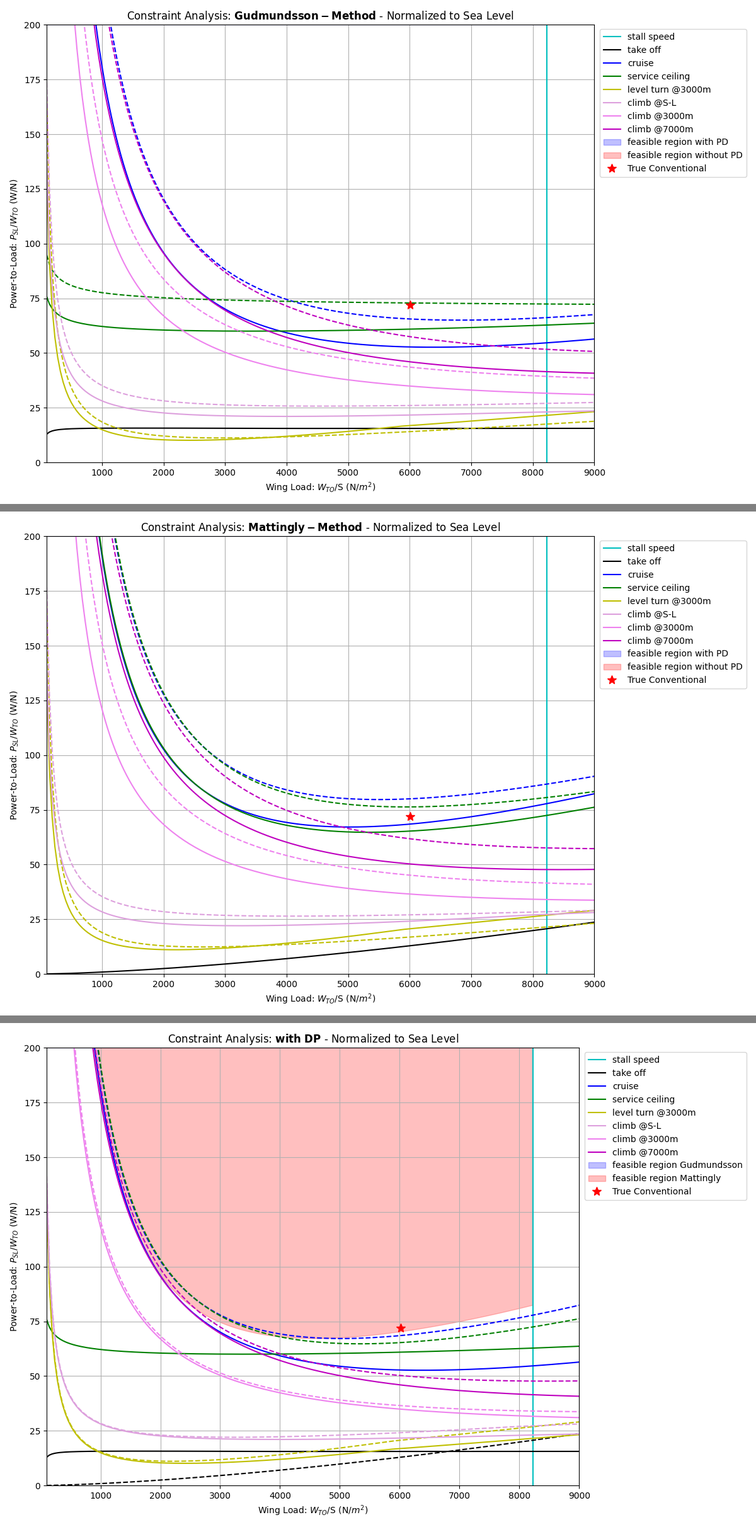
Repository: 12libao/DEA
Script's output: python Sizing_Method/ConstrainsAnalysis/ConstrainsAnalysisPD.py
The author's editor kept a copy of each file at every save. The script's output is drawn from the files as they stood at one save, then again after a run of saves.
The pictures are shown at 63% of full size.
Each picture stacks the figures in order, with grey between them; figures that are only written to a file come last. Random numbers start from a fixed seed.

Above is the script's output before, as saved 2021-07-14 16:27:36.

### Sizing_Method/ConstrainsAnalysis/ConstrainsAnalysisPD.py
# author: Bao Li #
# Georgia Institute of Technology #
import sys
import os

sys.path.insert(0, os.getcwd())

import numpy as np
import matplotlib.pylab as plt
import Sizing_Method.Other.US_Standard_Atmosphere_1976 as atm
import Sizing_Method.Aerodynamics.ThrustLapse as thrust_lapse
import Sizing_Method.Aerodynamics.Aerodynamics as ad
import Sizing_Method.ConstrainsAnalysis.ConstrainsAnalysis as ca
from scipy.optimize import curve_fit

"""
The unit use is IS standard
"""
class ConstrainsAnalysis_Mattingly_Method_with_DP:
    """This is a power-based master constraints analysis"""

    def __init__(self, altitude, velocity, beta, wing_load, Hp=0.2, number_of_motor=12, C_DR=0):
        """

        :param beta: weight fraction
        :param Hp: P_motor/P_total
        :param n: number of motor
        :param K1: drag polar coefficient for 2nd order term
        :param K2: drag polar coefficient for 1st order term
        :param C_D0: the drag coefficient at zero lift
        :param C_DR: additional drag caused, for example, by external stores,
        braking parachutes or flaps, or temporary external hardware

        :return:
            power load: P_WTO
        """

        self.h = altitude
        self.v = velocity
        self.rho = atm.atmosphere(geometric_altitude=self.h).density()

        self.beta = beta
        self.hp = Hp
        self.n = number_of_motor

        # power lapse ratio
        self.alpha = thrust_lapse.thrust_lapse_calculation(altitude=self.h,
                                                           velocity=self.v).high_bypass_ratio_turbofan()

        self.k1 = ad.aerodynamics_without_pd(self.h, self.v).K1()
        self.k2 = ad.aerodynamics_without_pd(self.h, self.v).K2()
        self.cd0 = ad.aerodynamics_without_pd(self.h, self.v).CD_0()
        self.cdr = C_DR

        self.w_s = wing_load
        self.g0 = 9.80665

        self.coefficient = (1 - self.hp) * self.beta * self.v / self.alpha

        # Estimation of ΔCL and ΔCD
        pd = ad.aerodynamics_with_pd(self.h, self.v, Hp=self.hp, n=self.n, W_S=self.w_s)
        self.q = 0.5 * self.rho * self.v ** 2
        self.cl = self.beta * self.w_s / self.q
        # print(self.cl)
        self.delta_cl = pd.delta_lift_coefficient(self.cl)
        self.delta_cd0 = pd.delta_CD_0()

    def master_equation(self, n, dh_dt, dV_dt):
        cl = self.cl * n + self.delta_cl

        cd = self.k1 * cl ** 2 + self.k2 * cl + self.cd0 + self.cdr + self.delta_cd0
        p_w = self.coefficient * (self.q / (self.beta * self.w_s) * cd + dh_dt / self.v + dV_dt / self.g0)
        return p_w

    def cruise(self):
        p_w = ConstrainsAnalysis_Mattingly_Method_with_DP.master_equation(self, n=1, dh_dt=0, dV_dt=0)
        return p_w

    def climb(self, roc):
        p_w = ConstrainsAnalysis_Mattingly_Method_with_DP.master_equation(self, n=1, dh_dt=roc, dV_dt=0)
        return p_w

    def level_turn(self, turn_rate=3, v=100):
        """
        assume 2 min for 360 degree turn, which is 3 degree/seconds
        assume turn at 300 knots, which is about 150 m/s
        """
        load_factor = (1 + ((turn_rate * np.pi / 180) * v / self.g0) ** 2) ** 0.5
        p_w = ConstrainsAnalysis_Mattingly_Method_with_DP.master_equation(self, n=load_factor, dh_dt=0, dV_dt=0)
        return p_w

    def take_off(self):
        """
        A320neo take-off speed is about 150 knots, which is about 75 m/s
        required runway length is about 2000 m
        K_TO is a constant greater than one set to 1.2 (generally specified by appropriate flying regulations)
        """
        Cl_max_to = 2.3  # 2.3
        K_TO = 1.2  # V_TO / V_stall
        s_G = 1266
        p_w = 2 / 3 * self.coefficient / self.v * self.beta * K_TO ** 2 / (
                    s_G * self.rho * self.g0 * Cl_max_to) * self.w_s ** (
                      3 / 2)
        return p_w

    def stall_speed(self, V_stall_to=65, Cl_max_to=2.32):
        V_stall_ld = 62
        Cl_max_ld = 2.87

        a = 10
        w_s = 6000
        while a >= 1:
            cl = self.beta * w_s / self.q
            delta_cl = ad.aerodynamics_with_pd(self.h, self.v, Hp=self.hp, n=self.n, W_S=w_s).delta_lift_coefficient(cl)

            W_S_1 = 1 / 2 * self.rho * V_stall_to ** 2 * (Cl_max_to + delta_cl)
            W_S_2 = 1 / 2 * self.rho * V_stall_ld ** 2 * (Cl_max_ld + delta_cl)
            W_S = min(W_S_1, W_S_2)
            a = abs(w_s-W_S)
            w_s = W_S

        return W_S

    def service_ceiling(self, roc=0.5):
        p_w = ConstrainsAnalysis_Mattingly_Method_with_DP.master_equation(self, n=1, dh_dt=roc, dV_dt=0)
        return p_w

    allFuncs = [stall_speed, take_off,  cruise,
                service_ceiling, level_turn, climb]


class ConstrainsAnalysis_Gudmundsson_Method_with_DP:
    """This is a power-based master constraints analysis based on Gudmundsson_method"""

    def __init__(self, altitude, velocity, beta, wing_load, Hp=0.2, number_of_motor=12, e=0.75, AR=10.3):
        """

        :param tau: power fraction of i_th power path
        :param beta: weight fraction
        :param e: wing planform efficiency factor is between 0.75 and 0.85, no more than 1
        :param AR: wing aspect ratio, normally between 7 and 10

        :return:
            power load: P_WTO
        """

        self.h = altitude
        self.v = velocity
        self.beta = beta
        self.w_s = wing_load
        self.g0 = 9.80665

        self.hp = Hp
        self.n = number_of_motor

        self.rho = atm.atmosphere(geometric_altitude=self.h).density()

        # power lapse ratio
        self.alpha = thrust_lapse.thrust_lapse_calculation(altitude=self.h,
                                                           velocity=self.v).high_bypass_ratio_turbofan()
        h = 2.43  # height of winglets
        b = 35.8
        ar_corr = AR * (1 + 1.9 * h / b)  # equation 9-88, If the wing has winglets the aspect ratio should be corrected
        self.k = 1 / (np.pi * ar_corr * e)
        self.coefficient = (1-self.hp) * self.beta * self.v / self.alpha

        # Estimation of ΔCL and ΔCD
        pd = ad.aerodynamics_with_pd(self.h, self.v, Hp=self.hp, n=self.n, W_S=self.w_s)
        self.q = 0.5 * self.rho * self.v ** 2
        cl = self.beta * self.w_s / self.q
        self.delta_cl = pd.delta_lift_coefficient(cl)
        self.delta_cd0 = pd.delta_CD_0()

        # TABLE 3-1 Typical Aerodynamic Characteristics of Selected Classes of Aircraft
        cd_min = 0.02
        cd_to = 0.03
        cl_to = 0.8

        self.v_to = 68
        self.s_g = 1480
        self.mu = 0.04

        self.cd_min = cd_min + self.delta_cd0
        self.cl = cl + self.delta_cl

        self.cd_to = cd_to + self.delta_cd0
        self.cl_to = cl_to + self.delta_cl

    def cruise(self):
        p_w = self.q / self.w_s * (self.cd_min + self.k * self.cl ** 2)
        return p_w * self.coefficient

    def climb(self, roc):
        p_w = roc / self.v + self.q * self.cd_min / self.w_s + self.k * self.cl
        return p_w * self.coefficient

    def level_turn(self, turn_rate=3, v=100):
        """
        assume 2 min for 360 degree turn, which is 3 degree/seconds
        assume turn at 100 m/s
        """
        load_factor = (1 + ((turn_rate * np.pi / 180) * v / self.g0) ** 2) ** 0.5
        q = 0.5 * self.rho * v ** 2
        p_w = q / self.w_s * (self.cd_min + self.k * (load_factor / q * self.w_s + self.delta_cl) ** 2)
        return p_w * self.coefficient

    def take_off(self):
        q = self.q / 2
        p_w = self.v_to ** 2 / (2 * self.g0 * self.s_g) + q * self.cd_to / self.w_s + self.mu * (
                1 - q * self.cl_to / self.w_s)
        return p_w * self.coefficient

    def service_ceiling(self, roc=0.5):
        vy = (2 / self.rho * self.w_s * (self.k / (3 * self.cd_min)) ** 0.5) ** 0.5
        q = 0.5 * self.rho * vy ** 2
        p_w = roc / vy + q / self.w_s * (self.cd_min + self.k * (self.w_s / q + self.delta_cl) ** 2)
        # p_w = roc / (2 / self.rho * self.w_s * (self.k / (3 * self.cd_min)) ** 0.5) ** 0.5 + 4 * (
        #         self.k * self.cd_min / 3) ** 0.5
        return p_w * self.coefficient

    def stall_speed(self, V_stall_to=65, Cl_max_to=2.32):
        V_stall_ld = 62
        Cl_max_ld = 2.87

        a = 10
        w_s = 6000
        while a >= 1:
            cl = self.beta * w_s / self.q
            delta_cl = ad.aerodynamics_with_pd(
                self.h, self.v, Hp=self.hp, n=self.n, W_S=w_s).delta_lift_coefficient(cl)

            W_S_1 = 1 / 2 * self.rho * V_stall_to ** 2 * (Cl_max_to + delta_cl)
            W_S_2 = 1 / 2 * self.rho * V_stall_ld ** 2 * (Cl_max_ld + delta_cl)
            W_S = min(W_S_1, W_S_2)
            a = abs(w_s-W_S)
            w_s = W_S

        return W_S

    allFuncs = [stall_speed, take_off, cruise,
                service_ceiling, level_turn, climb]


if __name__ == "__main__":
    n = 200
    constrains_name = ['stall speed', 'take off',  'cruise', 'service ceiling', 'level turn @3000m',
                       'climb @S-L', 'climb @3000m', 'climb @7000m']
    constrains = np.array([[0, 68, 0.988], [0, 80, 1], [11300, 230, 0.948],
                           [11900, 230, 0.8], [3000, 100, 0.984], [0, 100, 0.984],
                           [3000, 200, 0.975], [7000, 230, 0.96]])
    color = ['c', 'k', 'b', 'g', 'y', 'plum', 'violet', 'm']
    label = ['feasible region with PD', 'feasible region with PD', 'feasible region Gudmundsson',
             'feasible region without PD', 'feasible region without PD', 'feasible region Mattingly']
    m = constrains.shape[0]

    for k in range(3):
        w_s = np.linspace(100, 9000, n)
        p_w = np.zeros([2 * m, n])
        plt.figure(figsize=(12, 8))
        for i in range(m):
            for j in range(n):
                h = constrains[i, 0]
                v = constrains[i, 1]
                beta = constrains[i, 2]

                if k == 0:
                    problem1 = ConstrainsAnalysis_Gudmundsson_Method_with_DP(h, v, beta, w_s[j])
                    problem2 = ca.ConstrainsAnalysis_Gudmundsson_Method(h, v, beta, w_s[j])
                    plt.title(r'Constraint Analysis: $\bf{Gudmundsson-Method}$ - Normalized to Sea Level')
                elif k == 1:
                    problem1 = ConstrainsAnalysis_Mattingly_Method_with_DP(h, v, beta, w_s[j])
                    problem2 = ca.ConstrainsAnalysis_Mattingly_Method(h, v, beta, w_s[j])
                    plt.title(r'Constraint Analysis: $\bf{Mattingly-Method}$ - Normalized to Sea Level')
                else:
                    problem1 = ConstrainsAnalysis_Gudmundsson_Method_with_DP(h, v, beta, w_s[j])
                    problem2 = ConstrainsAnalysis_Mattingly_Method_with_DP(h, v, beta, w_s[j])
                    plt.title(r'Constraint Analysis: $\bf{with}$ $\bf{DP}$ - Normalized to Sea Level')

                if i >= 5:
                    p_w[i, j] = problem1.allFuncs[-1](problem1, roc=15 - 5 * (i - 5))
                    p_w[i + m, j] = problem2.allFuncs[-1](problem2, roc=15 - 5 * (i - 5))
                else:
                    p_w[i, j] = problem1.allFuncs[i](problem1)
                    p_w[i + m, j] = problem2.allFuncs[i](problem2)

            if i == 0:
                l1a, = plt.plot(p_w[i, :], np.linspace(0, 250, n), color=color[i], label=constrains_name[i])
            elif i == m:
                l1b, = plt.plot(p_w[i + m, :], np.linspace(0, 250, n), color=color[i], linestyle='--')
                if k != 2:
                    l1 = plt.legend([l1a, l1b], ['with DP', 'without DP'], loc="upper right")
                else:
                    l1 = plt.legend([l1a, l1b], ['Gudmundsson method', 'Mattingly method'], loc="upper right")
            else:
                plt.plot(w_s, p_w[i, :], color=color[i], label=constrains_name[i])
                plt.plot(w_s, p_w[i + m, :], color=color[i], linestyle='--')

        w_s = np.linspace(100, p_w[0, 1], n)
        plt.fill_between(w_s, np.amax(p_w[0:m, :], axis=0), 200, color='b', alpha=0.25,
                         label=label[k])
        w_s = np.linspace(100, p_w[m, 1], n)
        plt.fill_between(w_s, np.amax(p_w[m+1:2 * m, :], axis=0), 200, color='r', alpha=0.25,
                         label=label[k + 3])
        plt.plot(6012, 72, 'r*', markersize=10, label='True Conventional')
        plt.xlabel('Wing Load: $W_{TO}$/S (N/${m^2}$)')
        plt.ylabel('Power-to-Load: $P_{SL}$/$W_{TO}$ (W/N)')
        plt.legend(bbox_to_anchor=(1.002, 1), loc="upper left")
        # plt.gca().add_artist(l1)
        plt.xlim(100, 9000)
        plt.ylim(0, 200)
        plt.tight_layout()
        plt.grid()
        plt.show()

### Sizing_Method/Other/US_Standard_Atmosphere_1976.py
# author: Bao Li #
# Georgia Institute of Technology #
"""Reference:

1: U.S. Standard Atmosphere, 1976, U.S. Government Printing Office, Washington, D.C., 1976.
2: Mattingly, Jack D., William H. Heiser, and David T. Pratt. Aircraft engine design. American Institute of Aeronautics and Astronautics, 2002.
3: https://en.wikipedia.org/wiki/U.S._Standard_Atmosphere
4: https://en.wikipedia.org/wiki/Barometric_formula
"""

import numpy as np
import matplotlib.pylab as plt


class atmosphere:
    """this is the U.S. Standard Atmosphere 1976 based on the Barometric formula

    1: All of the following is limited to geometric altitudes below 86 km
    2: SI Units
    """

    def __init__(self, geometric_altitude):
        """
        :input h (m): geometric altitude

        :output P (Pa = N/m^2): pressure
                T (K): temperature
                rho (kg/m^3): density
                a (m/s): sound speed

                delta: dimensionless static pressure = P/P0
                theta: dimensionless static temperature = T/T0
                sigma: dimensionless static density = rho/rho0
        """

        # input:
        self.h = geometric_altitude

        # constant:
        self.r0 = 6356577.0  # the earth's radius (m)
        self.R_star = 8.3144598  # universal gas constant (J/mol.K)
        self.g0 = 9.80665  # gravitational acceleration (m/s^2)
        self.M = 0.0289644  # molar mass of Earth's air (kg/mol)

        # sea level (standard)
        self.T0 = 288.15  # sea level temperature (K)
        self.P0 = 101325  # sea level pressure (N/m^2)
        self.rho0 = 1.225  # sea level density (kg/m^3)
        self.a0 = 340.3  # sea level sound speed (m/s)

        # temperature lapse rate (K/m)
        self.lapse_rate = np.array([-0.0065, 0.0, 0.001, 0.0028, 0.0, -0.0028, -0.002])
        # height above sea level for each lapse rate (m)
        self.zi = np.array([0.0, 11000.0, 20000.0, 32000.0, 47000.0, 51000.0, 71000.0, 84853.0])
        # number of piecewise linear curve-fit
        self.n = len(self.lapse_rate)

    def geo_potential_altitude(self):
        z = self.r0 * self.h / (self.r0 + self.h)

        # decide the number of piecewise linear curve-fit
        i = 0
        while self.zi[i] < z:
            i = i + 1

        if i != 0:
            i = i - 1
        return z, i

    def ti(self):
        Ti = np.zeros(self.n)
        Ti[0] = self.T0

        for i in range(self.n - 1):
            Ti[i + 1] = Ti[i] + self.lapse_rate[i] * (self.zi[i + 1] - self.zi[i])
        return Ti

    def temperature(self):
        z, i = atmosphere.geo_potential_altitude(self)
        Ti = atmosphere.ti(self)
        T = Ti[i] + self.lapse_rate[i] * (z - self.zi[i])
        return T

    def pressure(self):
        Ti = atmosphere.ti(self)
        Pi = np.zeros(self.n)
        Pi[0] = self.P0

        for i in range(self.n - 1):
            if self.lapse_rate[i] != 0:
                Pi[i + 1] = Pi[i] * (Ti[i] / Ti[i + 1]) ** (self.g0 * self.M / (self.R_star * self.lapse_rate[i]))
            else:
                Pi[i + 1] = Pi[i] * np.exp(-self.g0 * self.M * (self.zi[i + 1] - self.zi[i]) / (self.R_star * Ti[i]))

        z, i = atmosphere.geo_potential_altitude(self)
        T = atmosphere.temperature(self)

        if self.lapse_rate[i] != 0:
            P = Pi[i] * (Ti[i] / T) ** (self.g0 * self.M / (self.R_star * self.lapse_rate[i]))
        else:
            P = Pi[i] * np.exp(-self.g0 * self.M * (z - self.zi[i]) / (self.R_star * Ti[i]))
        return P

    def density(self):
        P = atmosphere.pressure(self)
        T = atmosphere.temperature(self)
        rho = P * self.M / (self.R_star * T)
        return rho

    def sound_speed(self):
        T = atmosphere.temperature(self)
        a = self.a0 * (T / self.T0) ** 0.5
        return a

    def dimensionless_static_pressure(self):
        P = atmosphere.pressure(self)
        delta = P / self.P0
        return delta

    def dimensionless_static_temperature(self):
        T = atmosphere.temperature(self)
        theta = T / self.T0
        return theta

    def dimensionless_static_density(self):
        rho = atmosphere.density(self)
        sigma = rho / self.rho0
        return sigma


if __name__ == '__main__':
    nn = 1000

    h = np.linspace(0, 86000, nn)
    T = np.zeros(nn)
    P = np.zeros(nn)
    rho = np.zeros(nn)
    a = np.zeros(nn)

    for i in range(nn):
        prob = atmosphere(geometric_altitude=h[i])
        T[i] = prob.temperature()
        P[i] = prob.pressure()
        rho[i] = prob.density()
        a[i] = prob.sound_speed()

    fig, ax = plt.subplots(1, 4, figsize=(12, 10))
    st = fig.suptitle("U.S. STANDARD ATMOSPHERE (1976)", fontsize=20)

    ax[0].plot(T, h / 1000, 'b-', linewidth=1.5, label='cruise')
    ax[0].set_xlabel('Temperature: T (K)')
    ax[0].set_ylabel('Altitude: h (km)')

    ax[1].plot(a, h / 1000, 'y-', linewidth=1.5, label='turn')
    ax[1].set_xlabel('Sound Speed: a (m/s)')

    ax[2].plot(P, h / 1000, 'k-', linewidth=1.5, label='constant speed climb')
    ax[2].set_xlabel('Pressure: P (N/${m^2}$)')

    ax[3].plot(rho, h / 1000, 'g-', linewidth=1.5, label='turn')
    ax[3].set_xlabel('Density: rho (Kg/${m^3}$)')

    # shift subplots down:
    st.set_y(0.96)
    fig.subplots_adjust(top=0.90)
    plt.show()

### Sizing_Method/Aerodynamics/ThrustLapse.py
# author: Bao Li #
# Georgia Institute of Technology #
"""reference

1. Mattingly, Jack D., William H. Heiser, and David T. Pratt. Aircraft engine design. American Institute of Aeronautics and Astronautics, 2002.
"""
import sys
import os

sys.path.insert(0, os.getcwd())

import numpy as np
import matplotlib.pylab as plt
import Sizing_Method.Other.US_Standard_Atmosphere_1976 as atm
import Sizing_Method.Aerodynamics.MachNmuber as Mach


class thrust_lapse_calculation:
    """Estimation for installation losses

    1. The following algebraic equations for installed engine thrust lapse
        are based on the expected performance of advanced engines
    """

    def __init__(self, altitude, velocity):
        """

        :input h (m): altitude
               v (m/s): velocity


        :output thrust_lapse (alpha): thrust lapse ratio
        """

        self.h = altitude
        self.v = velocity

        self.gamma = 1.4  # Ratio of Specific Heats: atmospheric air ( gamma = 1.4)
        self.atoms = atm.atmosphere(self.h)
        self.M = Mach.mach(self.h, self.v).mach_number()

        self.theta = self.atoms.dimensionless_static_temperature()  # dimensionless static temperature
        self.delta = self.atoms.dimensionless_static_pressure()  # dimensionless static pressure

        self.theta_0_break = 1.072  # The Theta Break: assume = 1.0 (from reference 1: Mattingly)
        self.TR = self.theta_0_break  # The Throttle Ratio (from Equation D.6 reference 1: Mattingly)

        self.theta_0 = self.theta * (1 + 0.5 * (self.gamma - 1) * self.M ** 2)
        self.delta_0 = self.delta * (1 + 0.5 * (self.gamma - 1) * self.M ** 2) ** (self.gamma / (self.gamma - 1))

    def high_bypass_ratio_turbofan(self):
        """the engine for A320neo is a high bypass ratio turbofan

        from Equation 2.53 reference 1: Mattingly
        """

        if self.theta_0 <= self.TR:
            thrust_lapse = self.delta_0 * (1 - 0.49 * self.M ** 0.5)
        else:
            thrust_lapse = self.delta_0 * (1 - 0.49 * self.M ** 0.5 - 3 * (self.theta_0 - self.TR) / (1.5 + self.M))

        return thrust_lapse


if __name__ == '__main__':
    nn = 100
    h = [0, 500, 3000, 6000, 9000, 12000]
    v = np.linspace(0, 340, nn)
    m = np.zeros([len(h), nn])
    thrust_lapse = np.zeros([len(h), nn])

    for i in range(len(h)):
        for j in range(nn):
            m[i, j] = Mach.mach(h[i], v[j]).mach_number()
            thrust_lapse[i, j] = thrust_lapse_calculation(h[i], v[j]).high_bypass_ratio_turbofan()

    plt.figure(figsize=(8, 6))

    for i in range(len(h)):
        plt.plot(m[i, :], thrust_lapse[i, :], label=h[i])

    plt.xlabel('Mach Number')
    plt.ylabel('Thrust Ratio, T/$T_{SL}$')
    plt.title('High Bypass Turbofan Thrust Ratio versus Mach Number \n'
              'Throttle Ratio = 1.072, ISA. \n'
              'Altitude unit: meter')
    plt.xlim(0, 1)
    plt.ylim(0, 1.2)
    plt.legend(loc=0)
    plt.grid()
    plt.show()

### Sizing_Method/Aerodynamics/MachNmuber.py
# author: Bao Li #
# Georgia Institute of Technology #
import sys
import os

sys.path.insert(0, os.getcwd())

import numpy as np
import matplotlib.pylab as plt
import Sizing_Method.Other.US_Standard_Atmosphere_1976 as atm


class mach:
    """Mach Number"""

    def __init__(self, altitude, velocity):
        """

        :input h (m): altitude
               v (m/s): velocity

        :output a: Mach number
        """
        self.h = altitude
        self.v = velocity
        self.atoms = atm.atmosphere(self.h)

    def mach_number(self):
        a = self.v / self.atoms.sound_speed()
        return a

Loaded but not shown: Sizing_Method/ConstrainsAnalysis/ConstrainsAnalysis.py (274 lines, source omitted); Sizing_Method/Aerodynamics/Aerodynamics.py (177 lines, source omitted)

After the next 3 saves:
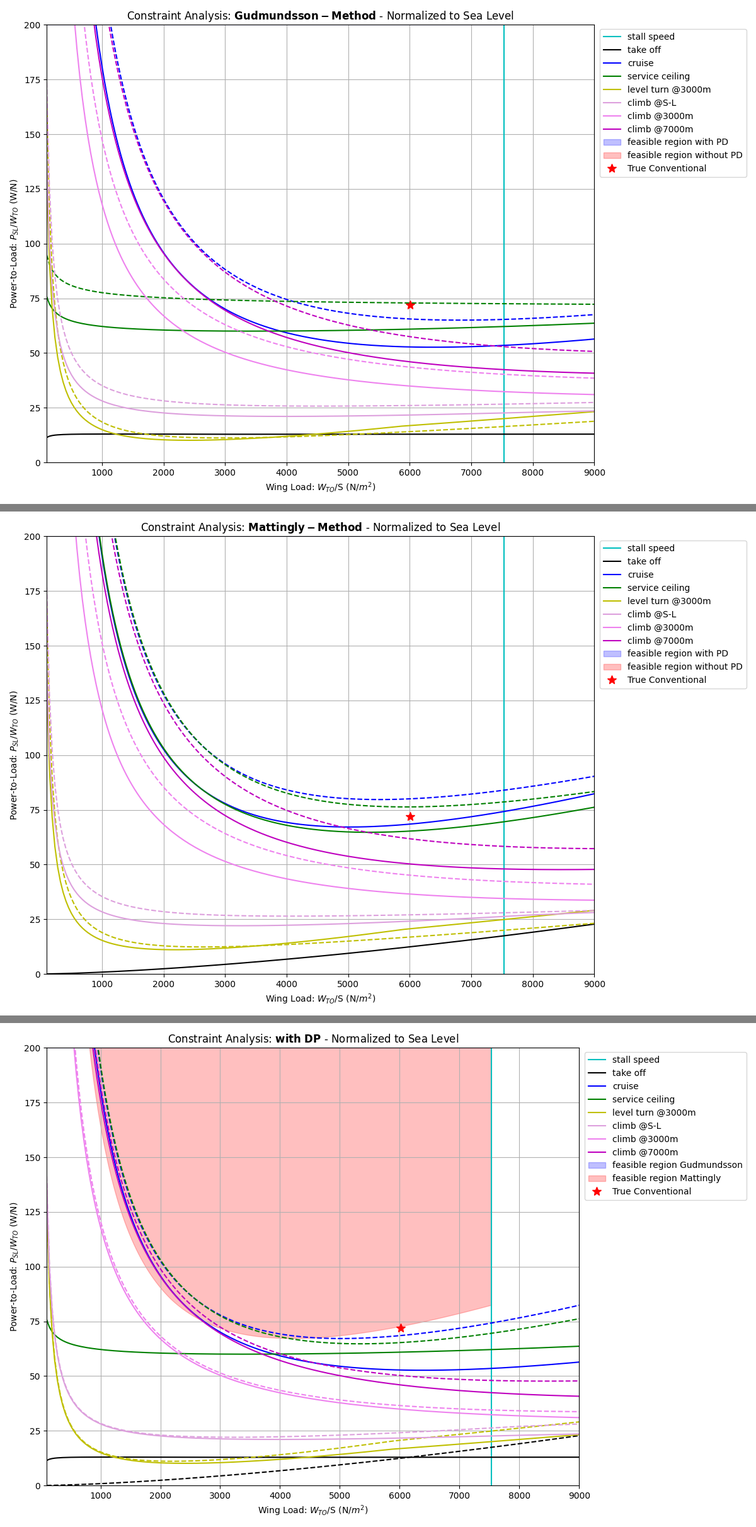
The 3 saves are shown as one change because they came seconds apart.
The last was saved 13 s later.
--- a/Sizing_Method/ConstrainsAnalysis/ConstrainsAnalysisPD.py
+++ b/Sizing_Method/ConstrainsAnalysis/ConstrainsAnalysisPD.py
@@ -245,7 +245,7 @@ if __name__ == "__main__":
     n = 200
     constrains_name = ['stall speed', 'take off',  'cruise', 'service ceiling', 'level turn @3000m',
                        'climb @S-L', 'climb @3000m', 'climb @7000m']
-    constrains = np.array([[0, 68, 0.988], [0, 80, 1], [11300, 230, 0.948],
+    constrains = np.array([[0, 80, 1], [0, 68, 0.988], [11300, 230, 0.948],
                            [11900, 230, 0.8], [3000, 100, 0.984], [0, 100, 0.984],
                            [3000, 200, 0.975], [7000, 230, 0.96]])
     color = ['c', 'k', 'b', 'g', 'y', 'plum', 'violet', 'm']
